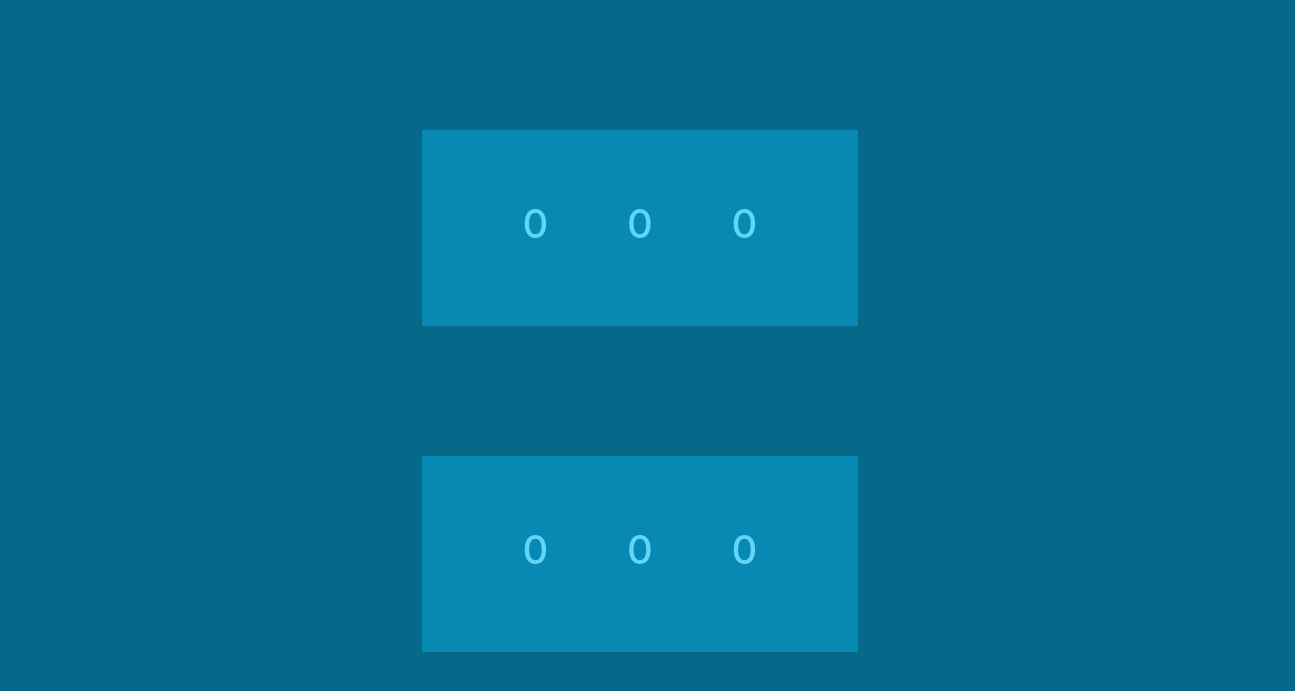
Repository: moiz9265/stopwatch
Page: index.html
The author's editor kept a copy of each file at every save. The page is drawn from the files as they stood at one save, then again after the next save.
The browser window is 1280 px wide. The page is 1295 px wide, so the pictures cover 1295 px, including what lies to the right of the window. The pictures show the whole page.

Above is the page before, as saved 2020-07-09 22:58:24.

After the next save:
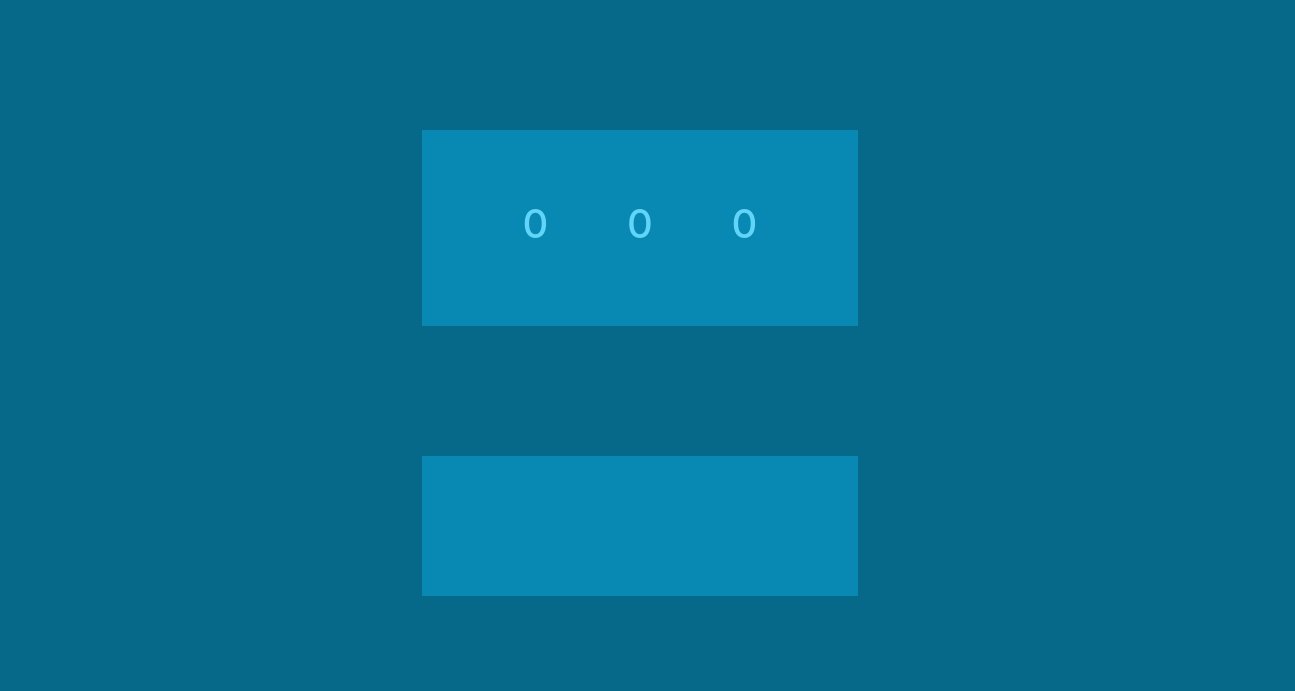
Saved 6 s later.
--- a/index.html
+++ b/index.html
@@ -32,10 +32,7 @@
 
             </div>
             <div id="maindiv" style=" text-align: center;" class="col-sm-12 col-md-4">
-                <h1>0</h1>
-                <h1>0</h1>
-                <h1>0</h1>
-                <!-- <h1>0</h1> -->
+
             </div>
             <div class="col-md-4">
 
